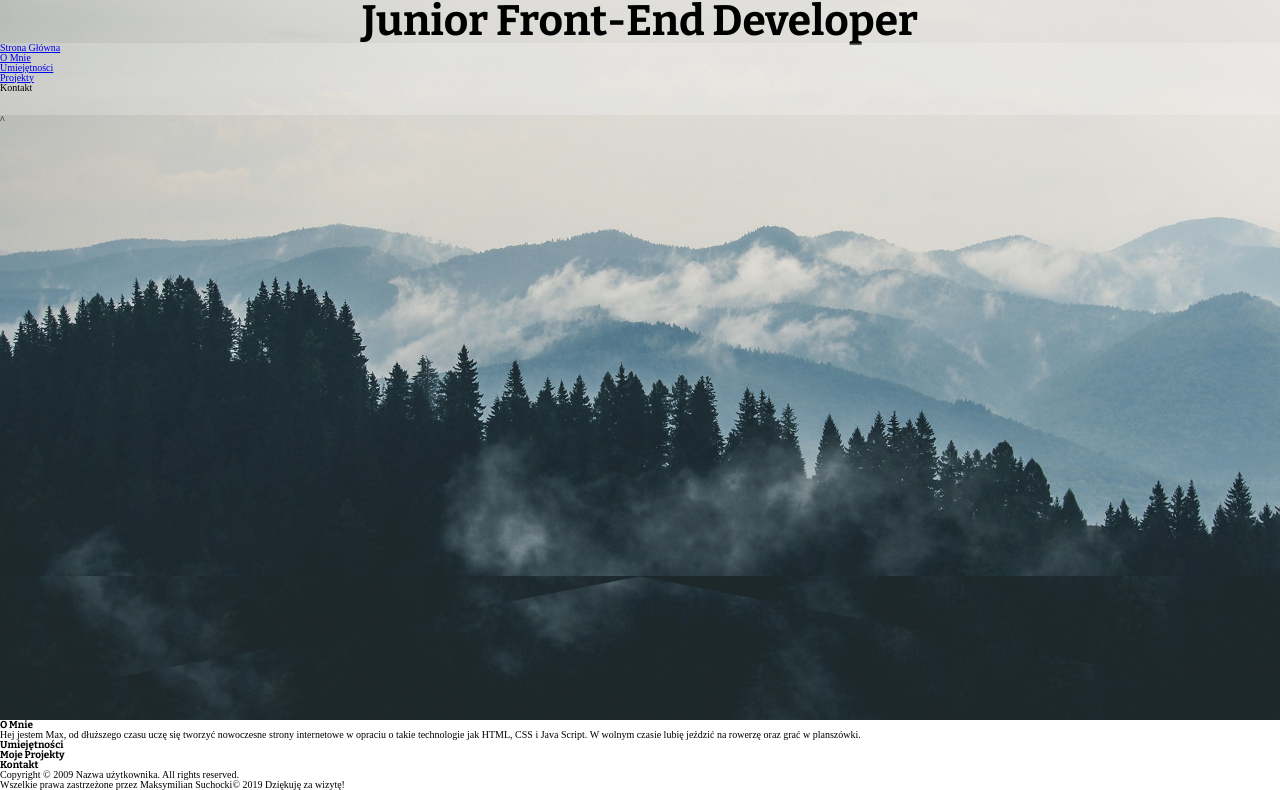
Repository: Maxs777/wizytowka
Page: index.html
An editor plug-in stored every save of this project. The page is shown before and after the next save, followed by the edit.
The browser window is 1280 px wide. The pictures show the whole page.

Above is the page before, as saved 2019-03-10 12:47:33.

After the next save:
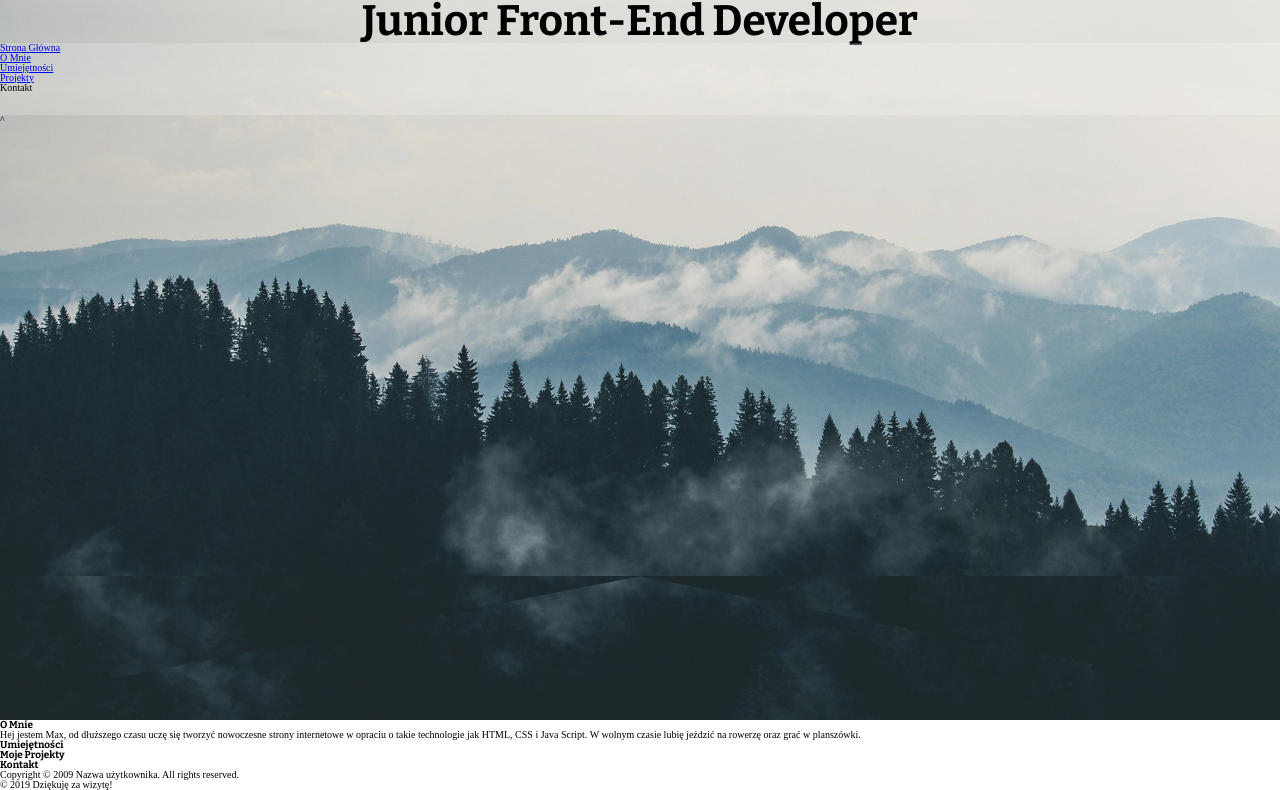
Saved 14 s later.
--- a/index.html
+++ b/index.html
@@ -52,7 +52,7 @@
         </main>
        <footer>
 Copyright © 2009 Nazwa użytkownika. All rights reserved.
-        <p>Wszelkie prawa zastrzeżone przez Maksymilian Suchocki&copy; 2019 Dziękuję za wizytę!</p>
+        <p>&copy; 2019 Dziękuję za wizytę!</p>
        </footer>
    </div>
 </body>
